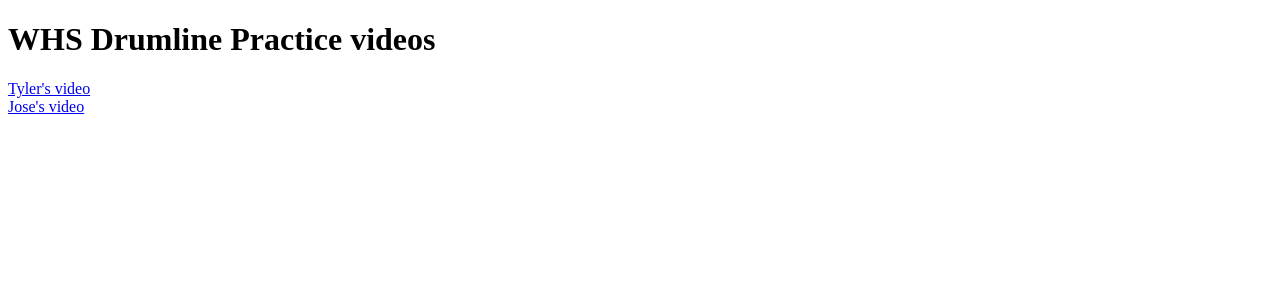
Repository: purdykid/purdykid.github.io
Page: My_Website/.Home_page.html
The author's editor kept a record of every edit. The page is drawn from the files as they stood at one moment, then again after the next edit.
The browser window is 1280 px wide. The pictures show the whole page.

Above is the page before.

After the next edit:
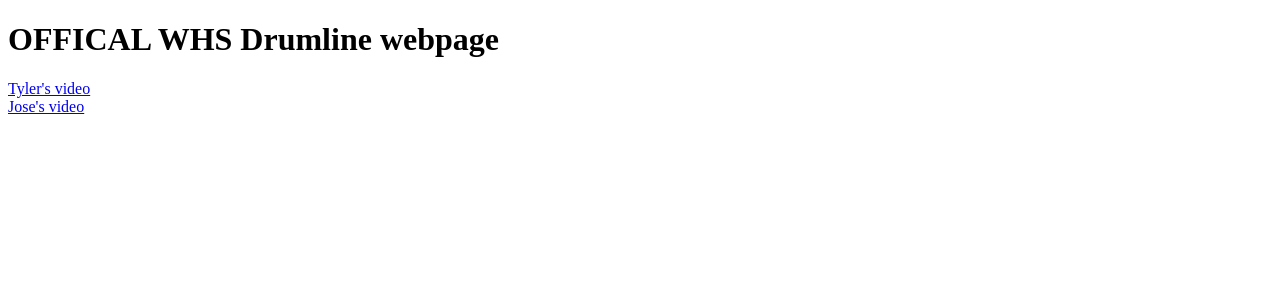
The edit:
--- a/My_Website/.Home_page.html
+++ b/My_Website/.Home_page.html
@@ -4,7 +4,7 @@
 
         </head>
         <body>
-            <h1>WHS Drumline Practice videos</h1>
+            <h1>OFFICAL WHS Drumline webpage</h1>
             <a href="https://e8345d625ee24e2d94081d53810bb71a.vfs.cloud9.us-east-1.amazonaws.com/_static/My_Website/.Tyler_vid.html" target="_blank" rel="nofollow">Tyler's video</a>
             <br>
             <a href="https://e8345d625ee24e2d94081d53810bb71a.vfs.cloud9.us-east-1.amazonaws.com/_static/My_Website/Jose_vid.html" target="_blank" rel="nofollow">Jose's video</a>
